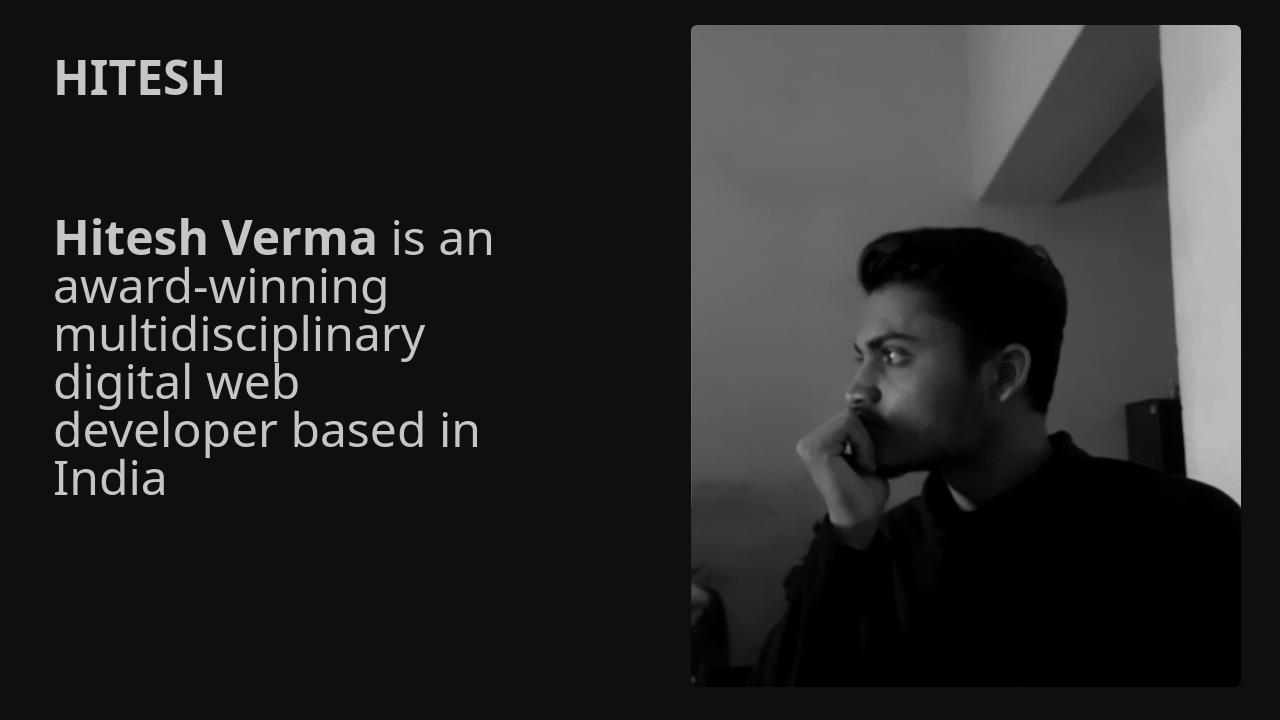
Repository: hitoutvrma/portfolio
Page: /
These files come from the project's save history. The page is drawn as it stood at one moment and after a run of saves; the edit follows.
The browser window is 1280 px wide. The pictures show the whole page.
The project was rebuilt for these pictures with package versions that can differ from the ones it lists, and the page was loaded fresh each time. Also part of the build but not shown: vite.config.js.

Above is the page before, as saved 2025-03-07 00:58:21.

After the next 2 saves:
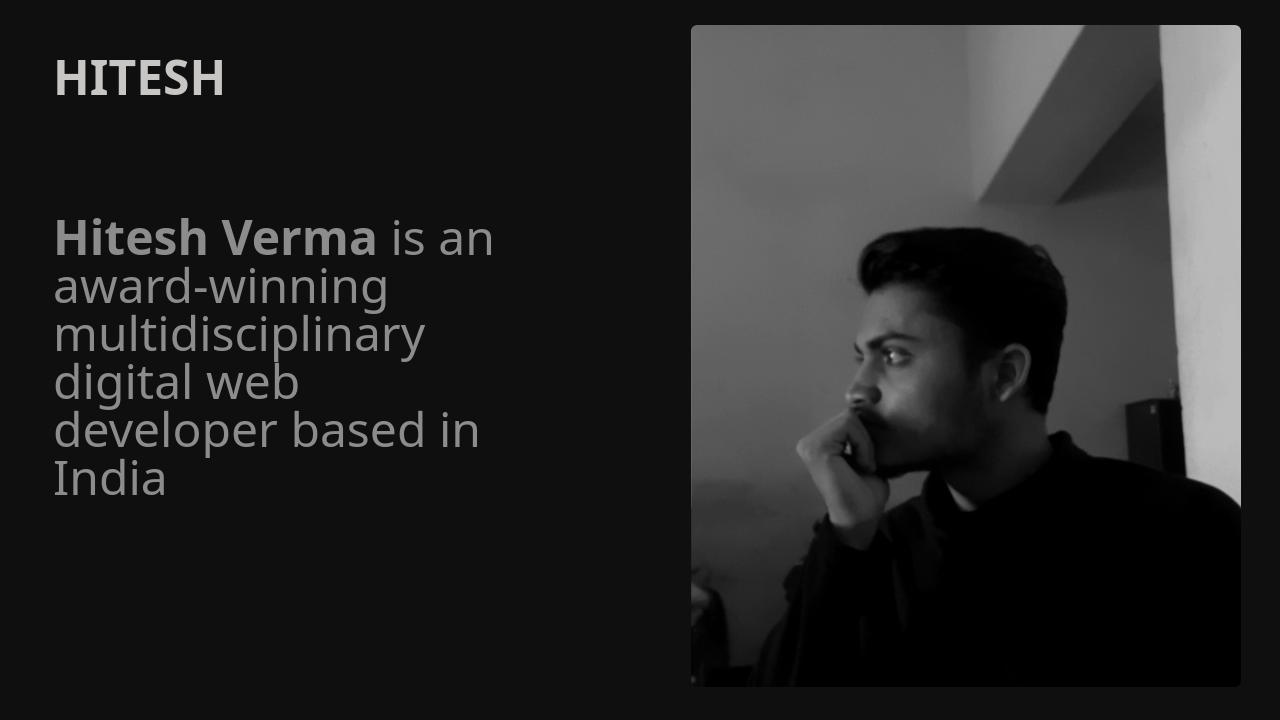
The 2 saves are shown as one change because they came seconds apart.
The last was saved 8 s later.
--- a/src/App.jsx
+++ b/src/App.jsx
@@ -6,7 +6,7 @@ function App() {
       <div className="sm:flex">
       <div className='hero sm:p-7 sm:text-5xl text-4xl w-[80vw] sm:w-[40vw]'>
       <logo className='text-4xl sm:text-5xl font-semibold'>HITESH</logo>
-        <p className='mt-28 font-'><span className='font-semibold'>Hitesh Verma</span> is an award-winning multidisciplinary digital web developer based in India</p>
+        <p className='mt-28 text-[#8c8c8c]'><span className='font-semibold'>Hitesh Verma</span> is an award-winning multidisciplinary digital web developer based in India</p>
         </div>
         <div style={{ backgroundImage: "url('/user.jpg')" }} className='sm:ml-[12vw] bg-cover bg-center w-[43vw] h-[92vh]  bg-[#3a3a3a] rounded-md'>
         </div>
